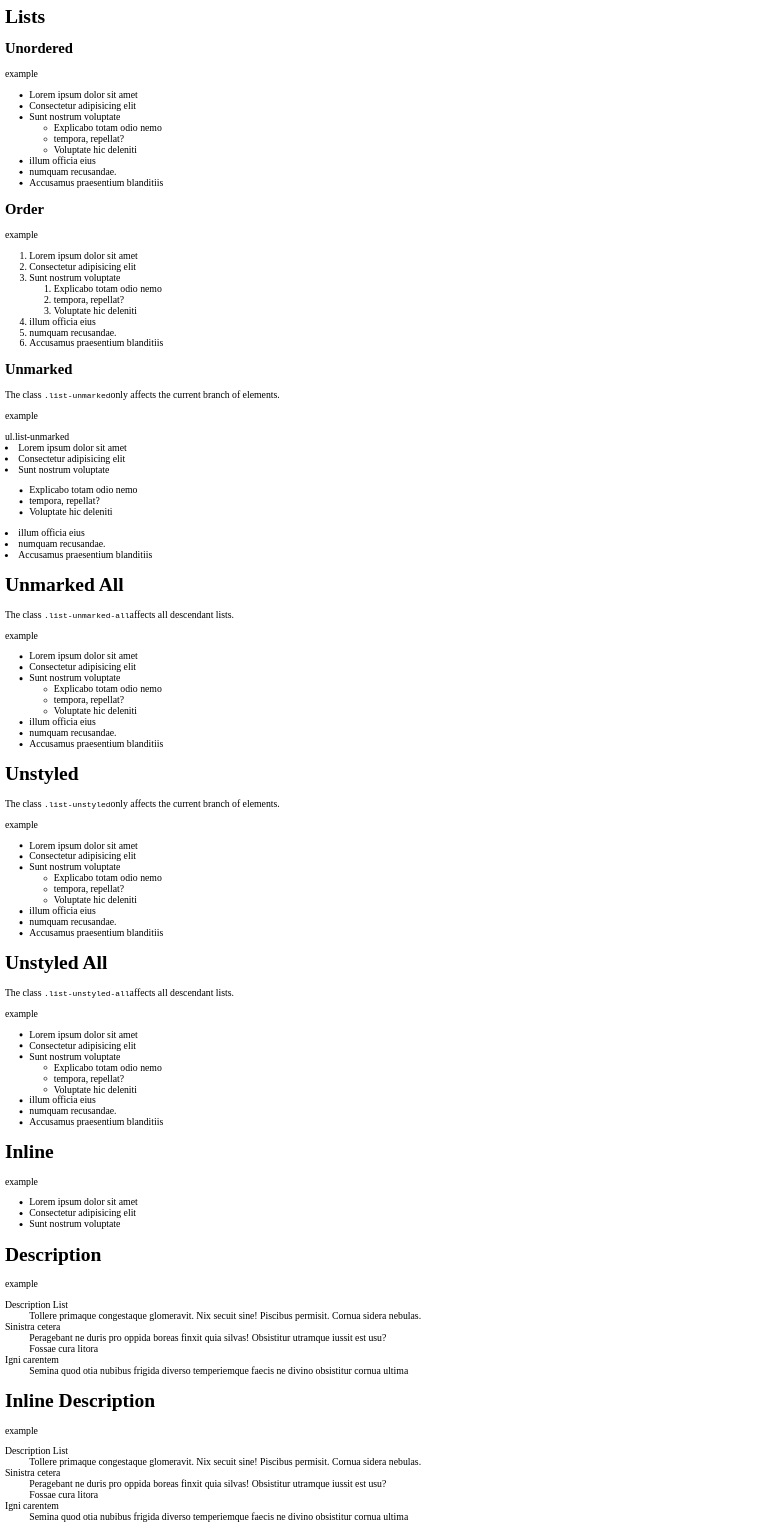
Repository: sympolinc/silk
Page: http://localhost/views/lists.php
The author's editor kept a record of every edit. The page is drawn from the files as they stood at one moment, then again after the next edit.
The browser window is 1280 px wide. The pictures show the whole page, at 61% of full size.
The page is run by PHP 8.4 with error messages shown; the project is at /var/www/html/.

Above is the page before.

After the next edit:
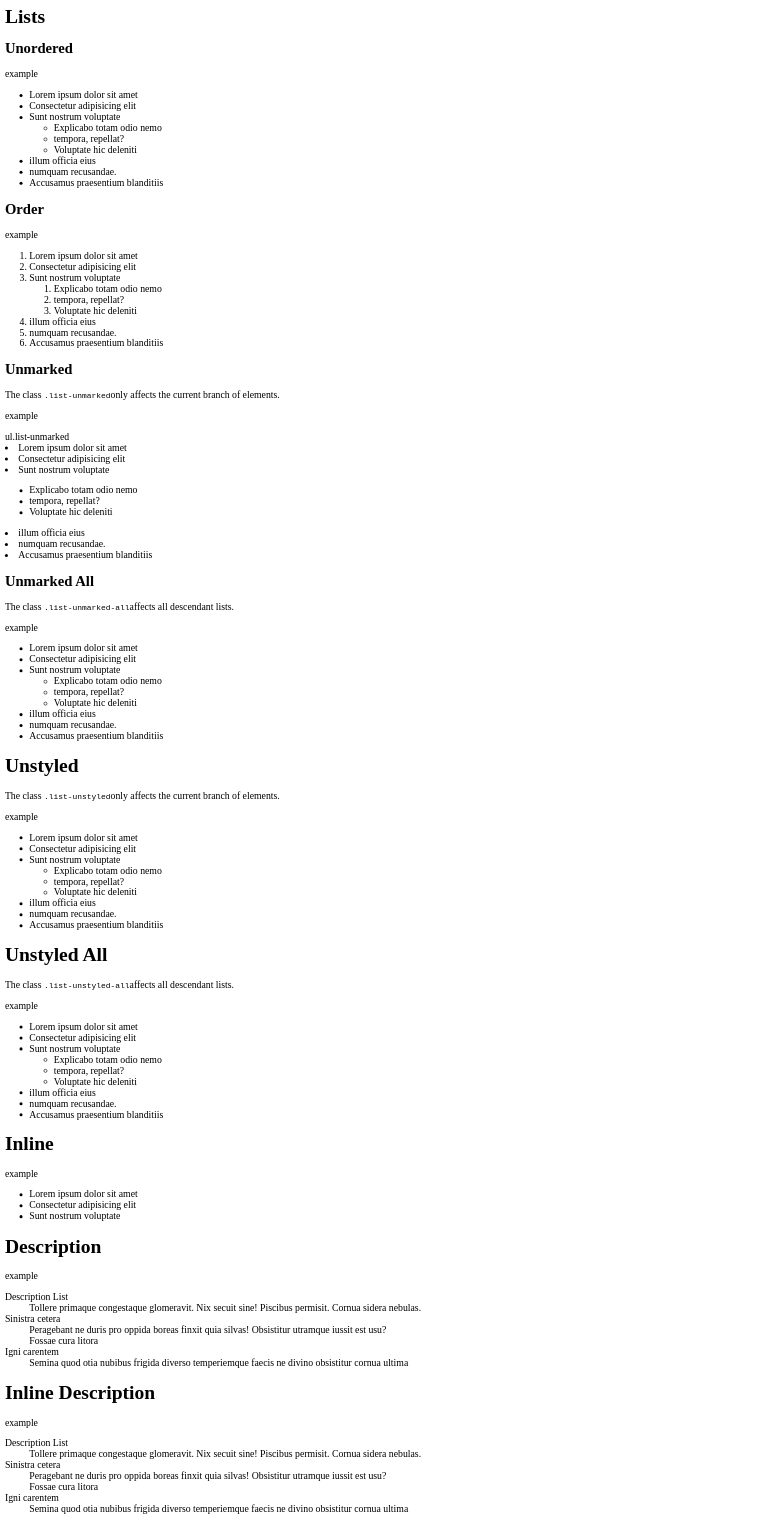
The edit:
--- a/views/lists.php
+++ b/views/lists.php
@@ -69,7 +69,7 @@
     </div>
 </div>
 <div class="section">
-    <h1>Unmarked All</h1>
+    <h2>Unmarked All</h2>
     <p>The class
         <code>.list-unmarked-all</code>affects all descendant lists.</p>
     <div class="silk-example">
